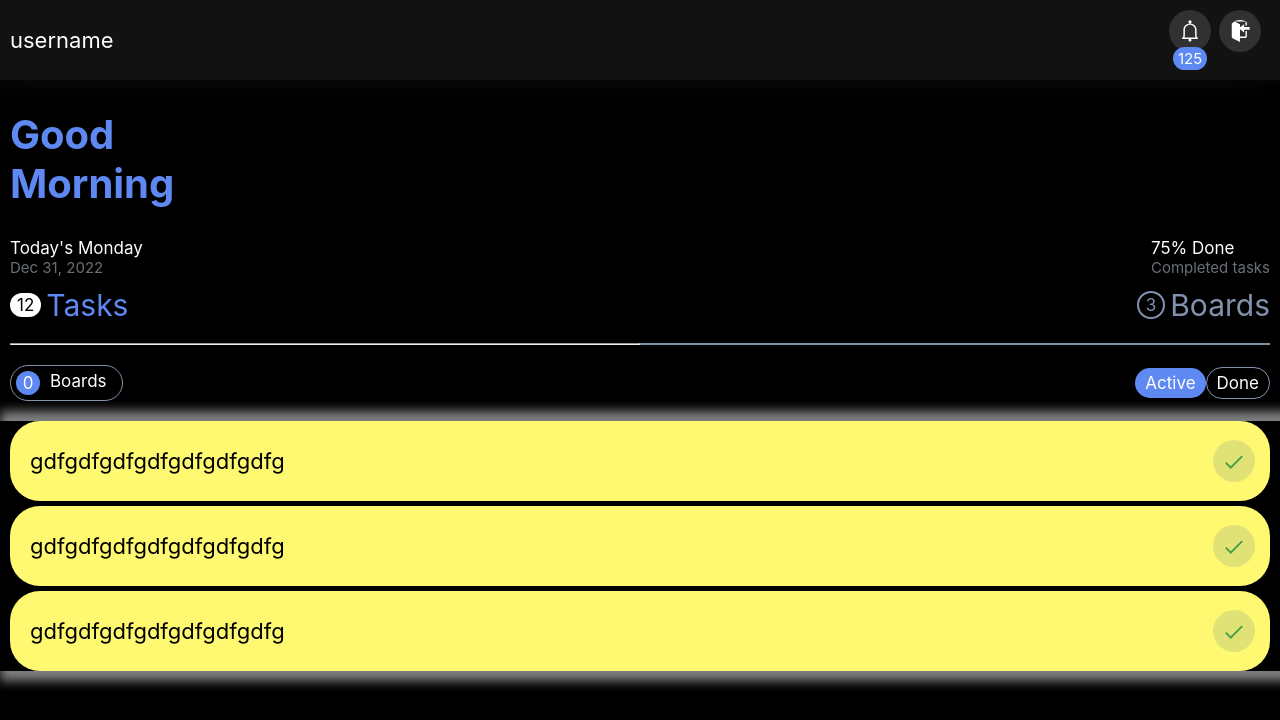
Repository: ShindanoSingi/todo-app
Page: /
An editor plug-in stored every save of this project. The page is shown before and after the next save, followed by the edit.
The browser window is 1280 px wide. The pictures show the whole page.
The project was rebuilt for these pictures with package versions that can differ from the ones it lists, and the page was loaded fresh each time. Also part of the build but not shown: src/pages/LandingPage.js.

Above is the page before, as saved 2023-01-01 19:24:09.

### src/index.css
* {
  font-size: 22px;
  margin: 0;
  padding: 0;
}

body {
  margin: 0;
  padding: 0;
  font-family: -apple-system, BlinkMacSystemFont, 'Segoe UI', 'Roboto', 'Oxygen',
    'Ubuntu', 'Cantarell', 'Fira Sans', 'Droid Sans', 'Helvetica Neue',
    sans-serif;
  -webkit-font-smoothing: antialiased;
  -moz-osx-font-smoothing: grayscale;
}

code {
  font-family: source-code-pro, Menlo, Monaco, Consolas, 'Courier New',
    monospace;
}

.signin-icon-signin-text-container {
  display: flex;
  align-items: center;
  flex-direction: column;
}

.bell-icon-bell-num-container {
  display: flex;
  flex-direction: column;
  align-items: center;
  margin-left: 20px;
}

.signin-text {
  display: none;
}

.bell-num,
.signin-text {
  font-size: 15px;
}

.bell-num {
  text-align: center;
  color: #fff;
  padding: 2px 5px;
  background-color: #5f89f2;
  border-radius: 50px;
  margin-top: -5px;
}

.bell-icon,
.signin-icon {
  color: white;
  padding: 10px;
  border-radius: 50px;
  background-color: #313133;
}

div.signin-icon-signin-text-container:hover p.signin-text {
  display: block;
}

.bell-icon-signin-container {
  display: grid;
  grid-template-columns: 60px 60px;
}

.username,
.signin-text {
  color: #fff;
}

.nav-bar {
  display: flex;
  align-items: center;
  justify-content: space-between;
  padding: 10px;
  background: #121212;
  box-shadow: -11px 11px 22px #070707, 11px -11px 22px #1d1d1d;
}

h1 {
  position: absolute;
  top: 10%;
  z-index: 1;
}

h2 {
  font-size: 40px;
  color: #5f89f2;
}

.salutation-container {
  margin-top: 30px;
  padding-left: 10px;
}

.day,
.percent,
.small-boards,
.done,
.active {
  font-size: 17px;
  color: #ffffff;
}

.date,
.completed {
  font-size: 15px;
  color: #6a6f75;
}

.day-to-percent-container {
  display: flex;
  justify-content: space-between;
  padding: 10px;
  margin-top: 20px;
}

.tasks-num {
  text-align: center;
  font-size: 17px;
  background: #ffff;
  padding: 2px 7px;
  border-radius: 50px;
  height: 20px;
}

.tasks {
  font-size: 30px;
  font-weight: light;
  color: #5f89f2;
}

.boards-num {
  font-size: 17px;
  color: #8292ad;
  border: 2px solid #8292ad;
  padding: 2px 7px;
  border-radius: 50px;
  height: 20px;
}

.big-boards {
  font-size: 30px;
  font-weight: light;
  color: #8292ad;
}

.tasks-num-tasks-container,
.boards-num-boards-container {
  display: flex;
  align-items: center;
  gap: 5px;
}

.line-tasks {
  width: 50%;
}

.line-boards {
  width: 50%;
  border: 1px solid #8292ad;
}

.line-tasks-ine-boards-container {
  display: flex;
  justify-content: space-between;
  /* margin-top: 10px; */
  padding: 0 10px;
}

.tasks-to-boards-container {
  display: flex;
  justify-content: space-between;
  padding: 0 10px;
}

.num-boards {
  font-size: 17px;
  text-align: center;
  color: #fff;
  background: #5f89f2;
  padding: 2px;
  border-radius: 50px;
  height: 20px;
  width: 20px;
}

.small-boards {
  color: #fff;
}

.num-boards-small-boards-container {
  display: flex;
  gap: 10px;
  border: 1px solid #8292ad;
  padding: 5px;
  border-radius: 50px;
  padding-right: 15px;
}

.active {
  text-align: center;
  background: #5f89f2;
  padding: 0px 10px;
  border-radius: 50px;
  padding: 5px 10px;
}

.done {
  display: flex;
  gap: 10px;
  border: 1px solid #8292ad;
  border-radius: 50px;
  padding: 5px 10px;
}

.active-done-container {
  display: flex;
  align-items: center;
}

.num-boards-to-small-boards-container {
  display: flex;
  justify-content: space-between;
  align-items: center;
  padding: 0 10px;
}

.task-title {
  word-wrap: break-word;
  padding: 5px;
  width: 80%;
}

.check-circle-icon {
  color: white;
  padding: 10px;
  border-radius: 50px;
  background: rgba(121, 141, 139, 0.21);
}

.todo-card {
  margin: 0 10px;
  padding: 15px;
  min-height: 50px;
  border-radius: 30px;
  display: flex;
  align-items: center;
  justify-content: space-between;
}

.todos-container {
  display: flex;
  flex-direction: column;
  gap: 5px;
  max-height: 250px;
  overflow-y: scroll;
  box-shadow: 10px 0 10px 10px grey;
}

.main {
  display: flex;
  flex-direction: column;
  gap: 20px;
}

/* Credit: Cole McCombs; */
.landing-page-wrapper {
  height: 100%;
  display: flex;
  flex-direction: column;
  align-items: center;
  justify-content: center;
}

/* Credit: Cole McCombs; */
.button {
  min-width: 150px;
  min-height: 40px;
  font-family: 'Nunito', sans-serif;
  font-size: 22px;
  text-transform: uppercase;
  letter-spacing: 1.3px;
  font-weight: 700;
  color: #313133;
  background: #37b7ff;
  background: linear-gradient(
    90deg,
    rgb(59, 123, 190) 0%,
    rgb(29, 181, 228) 100%
  );
  border: none;
  border-radius: 1000px;
  box-shadow: 12px 12px 24px rgba(28, 120, 186, 0.64);
  transition: all 0.3s ease-in-out 0s;
  cursor: pointer;
  outline: none;
  position: absolute;
  top: 85%;
  padding: 10px;
}

/* Credit: Cole McCombs; */
button::before {
  content: '';
  border-radius: 1000px;
  min-width: calc(150px + 12px);
  min-height: calc(40px + 12px);
  border: 6px solid #008cff;
  box-shadow: 0 0 60px rgba(25, 150, 233, 0.64);
  position: absolute;
  top: 50%;
  left: 50%;
  transform: translate(-50%, -50%);
  opacity: 0;
  transition: all 0.3s ease-in-out 0s;
}

/* Credit: Cole McCombs; */
.button:hover,
.button:focus {
  color: #bfbfd4;
  transform: translateY(-6px);
}

/* Credit: Cole McCombs; */
button:hover::before,
button:focus::before {
  opacity: 1;
}

/* Credit: Cole McCombs; */
button::after {
  content: '';
  width: 30px;
  height: 30px;
  border-radius: 100%;
  border: 6px solid #0f8bdd;
  position: absolute;
  z-index: -1;
  top: 50%;
  left: 50%;
  transform: translate(-50%, -50%);
  animation: ring 1.5s infinite;
}

/* Credit: Cole McCombs; */
button:hover::after,
button:focus::after {
  animation: none;
  display: none;
}

/* Credit: Cole McCombs; */
@keyframes ring {
  0% {
    width: 20px;
    height: 20px;
    opacity: 1;
  }
  100% {
    width: 150px;
    height: 150px;
    opacity: 0;
  }
}

.landing-page-image {
  position: fixed;
  width: 100%;
  height: 100%;
}

.landing-page-image {
  -webkit-animation: anim 8s infinite linear;
  animation: anim 8s infinite linear;
}

@-webkit-keyframes anim {
  from {
    -webkit-transform: rotateY(0deg);
  }
  to {
    -webkit-transform: rotateY(90deg);
  }
}

@keyframes anim {
  from {
    transform: rotateY(90deg);
  }
  to {
    transform: rotateY(0deg);
  }
}

.container {
  height: 100%;
  width: 100%;
  position: fixed;
  background-color: #000000;
}

### src/App.js
import Todos from './pages/Todos'

import LandingPage from './pages/LandingPage'

function App() {
  return (
    <div className="">
      {/* <LandingPage /> */}
      <Todos />
    </div>
  )
}

export default App

### src/pages/Todos.js
import React from 'react'
import checkbox from '../assests/check.svg'
import { RxBell } from 'react-icons/rx'
import { GoSignIn } from 'react-icons/go'
import { FcCheckmark } from 'react-icons/fc'

function Todos() {
    let color = "#FEF970"
    return (
        <div className='container'>
            <div className='todos-wrapper'>
                <nav className='nav-bar'>
                    <p className='username'>username</p>
                    <div className='bell-icon-signin-container'>
                        <div className='bell-icon-bell-num-container'>
                            <RxBell className='bell-icon' />
                            <p className='bell-num'>125</p>
                        </div>
                        <div className='signin-icon-signin-text-container'>
                            <GoSignIn className='signin-icon' />
                            <p className='signin-text'>Sign In</p>
                        </div>

                    </div>
                </nav>
                <div className='salutation-container'>
                    <h2 className='good-text'>Good</h2>
                    <h2 className='morning-text'>Morning</h2>
                </div>

                <div className='day-to-percent-container'>
                    <div className='day-date-container'>
                        <p className='day'>Today's Monday</p>
                        <p className='date'>Dec 31, 2022</p>
                    </div>
                    <div className='percent-completed-container'>
                        <p className='percent'>75% Done</p>
                        <p className='completed'>Completed tasks</p>
                    </div>
                </div>
                <main className='main'>
                    <div className='tasks-to-boards-container'>
                        <div className='tasks-num-tasks-container'>
                            <p className='tasks-num'>12</p>
                            <p className='tasks'>Tasks</p>
                        </div>
                        <div className='boards-num-boards-container'>
                            <p className='boards-num'>3</p>
                            <p className='big-boards'>Boards</p>
                        </div>
                    </div>
                    <div className='line-tasks-ine-boards-container'>
                        <hr className='line-tasks' />
                        <hr className='line-boards' />
                    </div>

                    <div className='num-boards-to-small-boards-container'>
                        <div className='num-boards-small-boards-container'>
                            <p className='num-boards'>0</p>
                            <p className='small-boards'>Boards</p>
                        </div>
                        <div className='active-done-container'>
                            <p className='active'>Active</p>
                            <p className='done'>Done</p>
                        </div>
                    </div>
                    <div className='todos-container'>
                        <div className='todo-card' style={{ backgroundColor: color }}>
                            <p className='task-title'>gdfgdfgdfgdfgdfgdfgdfg</p>
                            < FcCheckmark className='check-circle-icon' />
                        </div>
                        <div className='todo-card' style={{ backgroundColor: color }}>
                            <p className='task-title'>gdfgdfgdfgdfgdfgdfgdfg</p>
                            < FcCheckmark className='check-circle-icon' />
                        </div>
                        <div className='todo-card' style={{ backgroundColor: color }}>
                            <p className='task-title'>gdfgdfgdfgdfgdfgdfgdfg</p>
                            < FcCheckmark className='check-circle-icon' />
                        </div>
                        <div className='todo-card' style={{ backgroundColor: color }}>
                            <p className='task-title'>gdfgdfgdfgdfgdfgdfgdfg</p>
                            < FcCheckmark className='check-circle-icon' />
                        </div>
                        <div className='todo-card' style={{ backgroundColor: color }}>
                            <p className='task-title'>gdfgdfgdfgdfgdfgdfgdfg</p>
                            < FcCheckmark className='check-circle-icon' />
                        </div>
                        <div className='todo-card' style={{ backgroundColor: color }}>
                            <p className='task-title'>gdfgdfgdfgdfgdfgdfgdfg</p>
                            < FcCheckmark className='check-circle-icon' />
                        </div>
                        <div className='todo-card' style={{ backgroundColor: color }}>
                            <p className='task-title'>gdfgdfgdfgdfgdfgdfgdfg</p>
                            < FcCheckmark className='check-circle-icon' />
                        </div>
                        <div className='todo-card' style={{ backgroundColor: color }}>
                            <p className='task-title'>gdfgdfgdfgdfgdfgdfgdfg</p>
                            < FcCheckmark className='check-circle-icon' />
                        </div>
                        <div className='todo-card' style={{ backgroundColor: color }}>
                            <p className='task-title'>gdfgdfgdfgdfgdfgdfgdfg</p>
                            < FcCheckmark className='check-circle-icon' />
                        </div>
                        <div className='todo-card' style={{ backgroundColor: color }}>
                            <p className='task-title'>gdfgdfgdfgdfgdfgdfgdfg</p>
                            < FcCheckmark className='check-circle-icon' />
                        </div>
                        <div className='todo-card' style={{ backgroundColor: color }}>
                            <p className='task-title'>gdfgdfgdfgdfgdfgdfgdfg</p>
                            < FcCheckmark className='check-circle-icon' />
                        </div>
                        <div className='todo-card' style={{ backgroundColor: color }}>
                            <p className='task-title'>gdfgdfgdfgdfgdfgdfgdfg</p>
                            < FcCheckmark className='check-circle-icon' />
                        </div>
                        <div className='todo-card' style={{ backgroundColor: color }}>
                            <p className='task-title'>gdfgdfgdfgdfgdfgdfgdfg</p>
                            < FcCheckmark className='check-circle-icon' />
                        </div>
                        <div className='todo-card' style={{ backgroundColor: color }}>
                            <p className='task-title'>gdfgdfgdfgdfgdfgdfgdfg</p>
                            < FcCheckmark className='check-circle-icon' />
                        </div>
                        <div className='todo-card' style={{ backgroundColor: color }}>
                            <p className='task-title'>gdfgdfgdfgdfgdfgdfgdfg</p>
                            < FcCheckmark className='check-circle-icon' />
                        </div>
                        <div className='todo-card' style={{ backgroundColor: color }}>
                            <p className='task-title'>gdfgdfgdfgdfgdfgdfgdfg</p>
                            < FcCheckmark className='check-circle-icon' />
                        </div>
                        <div className='todo-card' style={{ backgroundColor: color }}>
                            <p className='task-title'>gdfgdfgdfgdfgdfgdfgdfg</p>
                            < FcCheckmark className='check-circle-icon' />
                        </div>
                        <div className='todo-card' style={{ backgroundColor: color }}>
                            <p className='task-title'>gdfgdfgdfgdfgdfgdfgdfg</p>
                            < FcCheckmark className='check-circle-icon' />
                        </div>
                        <div className='todo-card' style={{ backgroundColor: color }}>
                            <p className='task-title'>gdfgdfgdfgdfgdfgdfgdfg</p>
                            < FcCheckmark className='check-circle-icon' />
                        </div>
                        <div className='todo-card' style={{ backgroundColor: color }}>
                            <p className='task-title'>gdfgdfgdfgdfgdfgdfgdfg</p>
                            < FcCheckmark className='check-circle-icon' />
                        </div>
                        <div className='todo-card' style={{ backgroundColor: color }}>
                            <p className='task-title'>gdfgdfgdfgdfgdfgdfgdfg</p>
                            < FcCheckmark className='check-circle-icon' />
                        </div>
                        <div className='todo-card' style={{ backgroundColor: color }}>
                            <p className='task-title'>gdfgdfgdfgdfgdfgdfgdfg</p>
                            < FcCheckmark className='check-circle-icon' />
                        </div>

                    </div>

                </main>
            </div>
        </div>
    )
}

export default Todos

Loaded but not shown: public/index.html (common file); src/index.js (common file); src/reportWebVitals.js (common file)

After the next save:
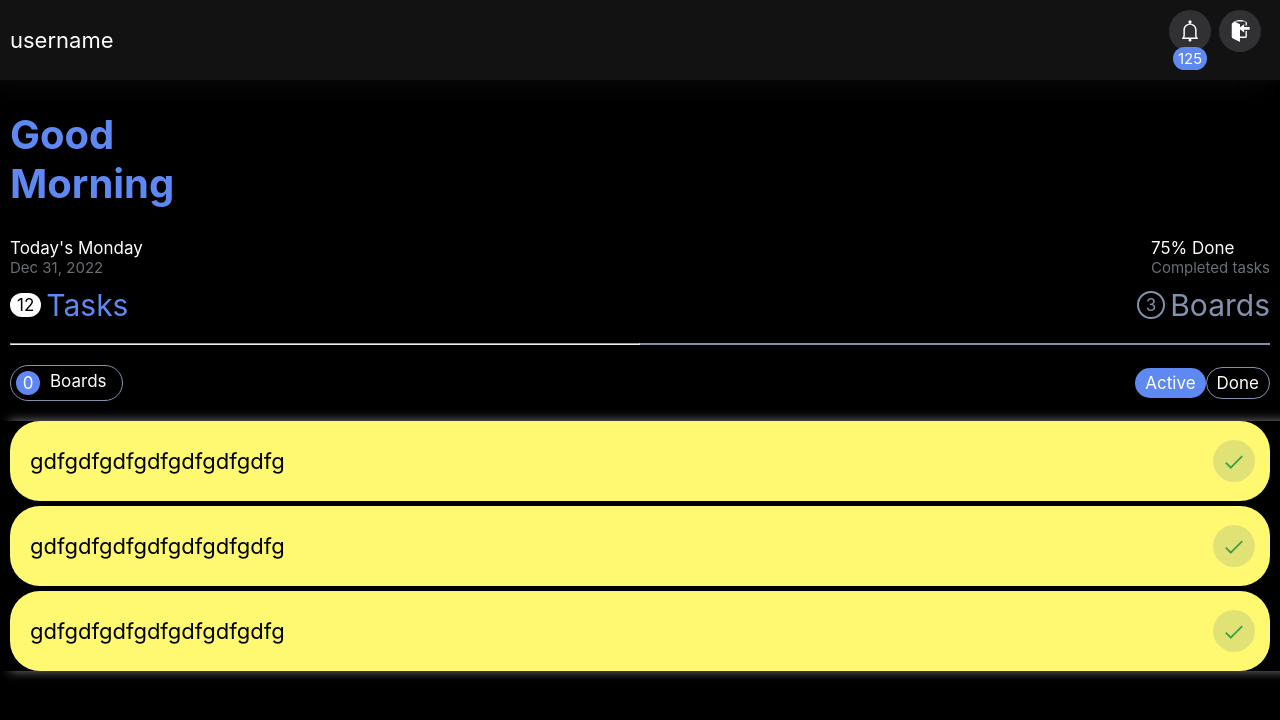
Saved 25 s later.
--- a/src/index.css
+++ b/src/index.css
@@ -259,7 +259,7 @@ h2 {
   gap: 5px;
   max-height: 250px;
   overflow-y: scroll;
-  box-shadow: 10px 0 10px 10px grey;
+  box-shadow: 10px 0 10px 0px grey;
 }
 
 .main {
